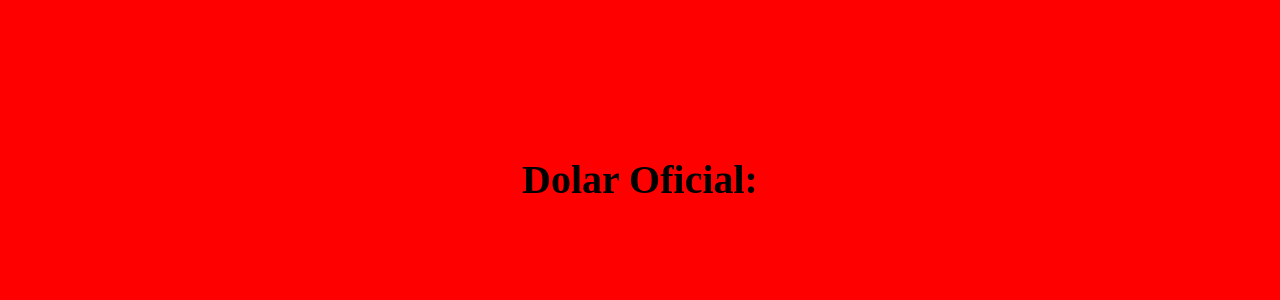
Repository: matias4633/Bill-Metal
Page: BillMetal/widget/BillMetal/index.html
An editor plug-in stored every save of this project. The page is shown before and after the next save, followed by the edit.
The browser window is 1280 px wide. The pictures show the whole page.
The page's requests for data from a server got no answer.

Above is the page before, as saved 2022-07-15 01:49:03.
Console error (its wording comes from the project's code and is left out).

### BillMetal/widget/BillMetal/index.html
<!DOCTYPE html>
<html>

<head>
  <meta charset="UTF-8">
  <link rel="stylesheet" type="text/css" href="css/style.css">
  <script src="js/main.js"></script>
  <style></style>
</head>

<body>
  <div id="page">
    <div id="container">
      <p id="content-text">Dolar Oficial: <p id="oficial"></p></p>
    </div>
  </div>
</body>

</html>

### BillMetal/widget/BillMetal/css/style.css
html,
body {
  width: 100%;
  height: 100%;
  margin: 0;
  padding: 0;
}

p {
	color:black;
}

#page {
  background-color: white;
  color: #fff;
  height: 100%;
  position: relative;
  width: 100%;
}

#container {
  width: 100%;
  height: 100%;
}

#content-text {
  font-weight: bold;
  font-size: 40px;
  width: 100%;
  height: 100%;
  line-height: 360px;
  margin: 0;
  text-align: center;
  background:red
}

#oficial {
	background: blue;
	font-weight: bold;
	font-size: 40px;
	text-align: center;
}

### BillMetal/widget/BillMetal/js/main.js
window.onload = function() {
  console.log('+[window.onload]');
  // Do nothing now
  const url = 'https://criptoya.com/api/dolar';

  let respuesta= new XMLHttpRequest();
  respuesta.open('GET',url);

  respuesta.onreadystatechange=function(){

      if(respuesta.readyState === XMLHttpRequest.DONE){

          let respuestaJson= JSON.parse(this.responseText);
          console.log(respuestaJson);
          document.getElementById('oficial').innerText = respuestaJson.oficial;
      }
  };
  respuesta.send();

};

After the next save:
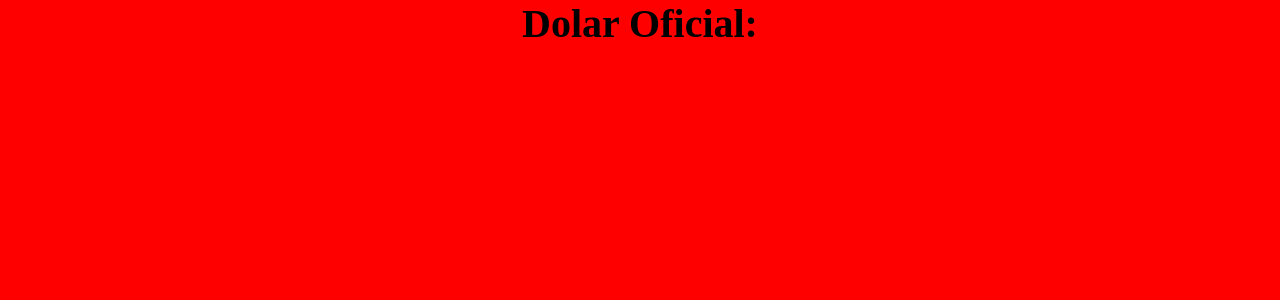
Saved 59 s later.
--- a/BillMetal/widget/BillMetal/css/style.css
+++ b/BillMetal/widget/BillMetal/css/style.css
@@ -28,7 +28,7 @@
   font-size: 40px;
   width: 100%;
   height: 100%;
-  line-height: 360px;
+
   margin: 0;
   text-align: center;
   background:red

After the save that followed:
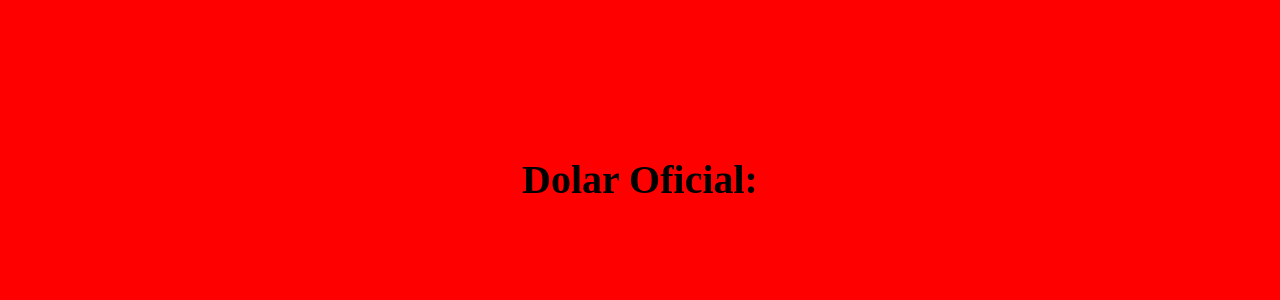
Saved 29 s later.
--- a/BillMetal/widget/BillMetal/css/style.css
+++ b/BillMetal/widget/BillMetal/css/style.css
@@ -28,7 +28,7 @@
   font-size: 40px;
   width: 100%;
   height: 100%;
-
+  line-height: 360px;
   margin: 0;
   text-align: center;
   background:red
